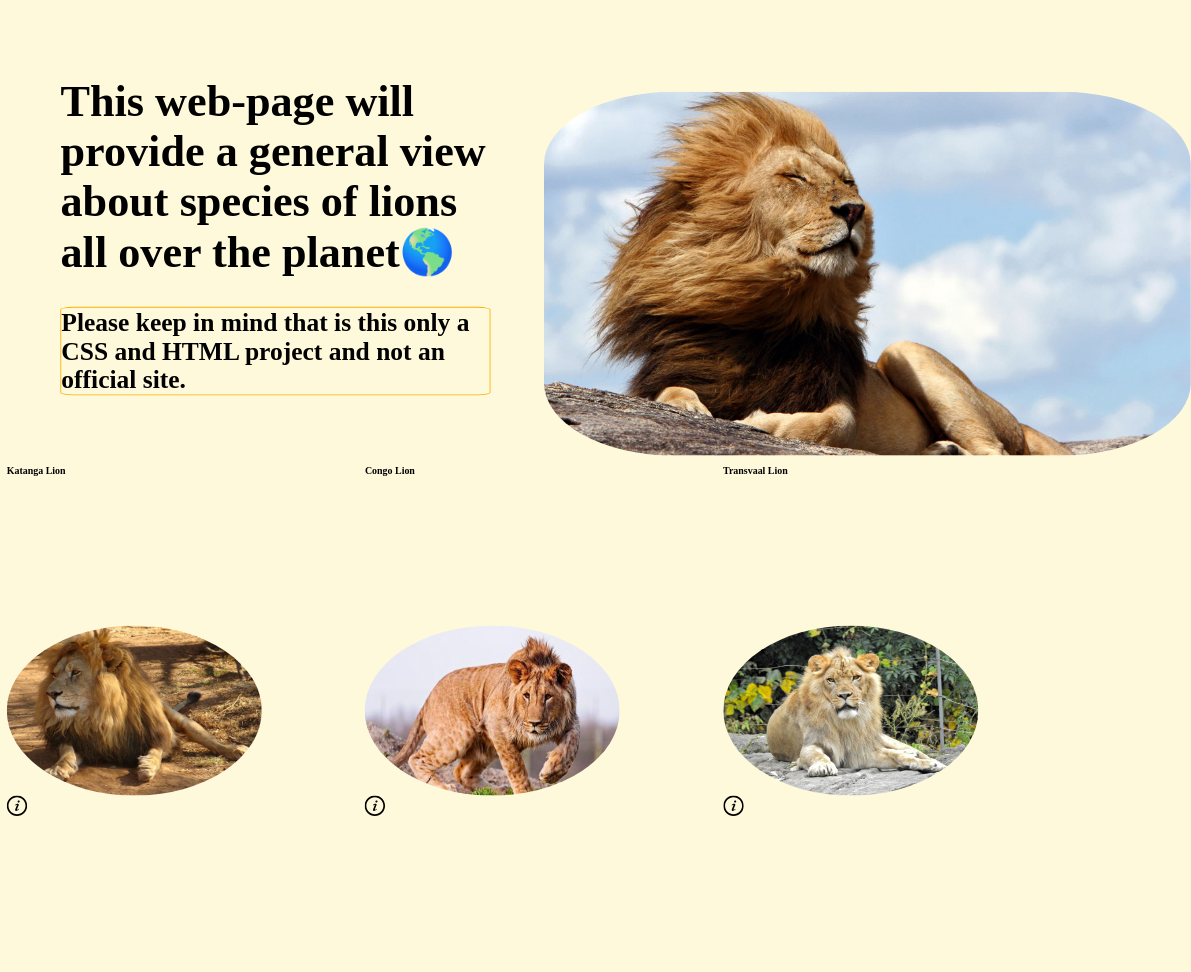
Repository: GeorgeManias/lions_project
Page: index.html
These files come from the project's save history. The page is drawn as it stood at one moment and after the next save; the edit follows.
The browser window is 1280 px wide. The page is 1401 px wide, so the pictures cover 1401 px, including what lies to the right of the window. The pictures show the whole page, at 85% of full size.

Above is the page before, as saved 2021-11-03 20:13:14.

### index.html
<!DOCTYPE html>
<html lang="en">
  <head>
    <link rel="stylesheet" href="index.css" />
    <link
      href="https://fonts.googleapis.com/css2?family=Roboto:ital@1&display=swap"
      rel="stylesheet"
    />
    <title>King of the Jungle</title>
  </head>
  <div class="container">
    <!--This will be the container fro the main_page-->

    <body>
      <!--Class above will support the grid between header and main photo-->
      <div class="headers_and_mainphoto">
        <header>
          <!--This area will be for the upper body part-->
          <h1 class="main_header">
            This web-page will provide a general view about species of lions all
            over the planet🌎
          </h1>
          <h2 class="project_header">
            Please keep in mind that is this only a CSS and HTML project and not
            an official site.
          </h2>
        </header>
        <img
          src="pictures/main_lion.jpg"
          alt="main_lion_photo"
          class="main_photo"
        />
      </div>
      <div class="grid_with_6_pictures">
        <!--Katanga_Lion_Start-->
        <h3 id="katanga_title_cord" class="titles_6">Katanga Lion</h3>
        <img
          src="pictures/katanga_lion.jpg"
          alt="katanga_lion"
          id="katanga_img_cord"
          class="img_6"
        />
        <svg
          id="katanga_info_cord"
          class="info_svg"
          xmlns="http://www.w3.org/2000/svg"
          width="24"
          height="24"
          viewBox="0 0 24 24"
        >
          <path
            d="M12 2c5.514 0 10 4.486 10 10s-4.486 10-10 10-10-4.486-10-10 4.486-10 10-10zm0-2c-6.627 0-12 5.373-12 12s5.373 12 12 12 12-5.373 12-12-5.373-12-12-12zm-2.033 16.01c.564-1.789 1.632-3.932 1.821-4.474.273-.787-.211-1.136-1.74.209l-.34-.64c1.744-1.897 5.335-2.326 4.113.613-.763 1.835-1.309 3.074-1.621 4.03-.455 1.393.694.828 1.819-.211.153.25.203.331.356.619-2.498 2.378-5.271 2.588-4.408-.146zm4.742-8.169c-.532.453-1.32.443-1.761-.022-.441-.465-.367-1.208.164-1.661.532-.453 1.32-.442 1.761.022.439.466.367 1.209-.164 1.661z"
          />
        </svg>
        <!--Katanga_Lion_End-->

        <!--Congo_Lion_Start-->
        <h3 id="congo_title_cord" class="titles_6">Congo Lion</h3>
        <img
          src="pictures/congo_lion.jpg"
          alt="congo_lion"
          id="congo_img_cord"
          class="img_6"
        />
        <svg
          id="congo_info_cord"
          class="info_svg"
          xmlns="http://www.w3.org/2000/svg"
          width="24"
          height="24"
          viewBox="0 0 24 24"
        >
          <path
            d="M12 2c5.514 0 10 4.486 10 10s-4.486 10-10 10-10-4.486-10-10 4.486-10 10-10zm0-2c-6.627 0-12 5.373-12 12s5.373 12 12 12 12-5.373 12-12-5.373-12-12-12zm-2.033 16.01c.564-1.789 1.632-3.932 1.821-4.474.273-.787-.211-1.136-1.74.209l-.34-.64c1.744-1.897 5.335-2.326 4.113.613-.763 1.835-1.309 3.074-1.621 4.03-.455 1.393.694.828 1.819-.211.153.25.203.331.356.619-2.498 2.378-5.271 2.588-4.408-.146zm4.742-8.169c-.532.453-1.32.443-1.761-.022-.441-.465-.367-1.208.164-1.661.532-.453 1.32-.442 1.761.022.439.466.367 1.209-.164 1.661z"
          />
        </svg>
        <!--Congo_Lion_End-->

        <!--Transvaal_Lion_Start-->
        <h3 id="Transvaal_title_cord" class="titles_6">Transvaal Lion</h3>
        <img
          src="pictures/Transvaal_lion.jpg"
          alt="Transvaal_lion"
          id="Transvaal_img_cord"
          class="img_6"
        />
        <svg
          id="Transvaal_info_cord"
          class="info_svg"
          xmlns="http://www.w3.org/2000/svg"
          width="24"
          height="24"
          viewBox="0 0 24 24"
        >
          <path
            d="M12 2c5.514 0 10 4.486 10 10s-4.486 10-10 10-10-4.486-10-10 4.486-10 10-10zm0-2c-6.627 0-12 5.373-12 12s5.373 12 12 12 12-5.373 12-12-5.373-12-12-12zm-2.033 16.01c.564-1.789 1.632-3.932 1.821-4.474.273-.787-.211-1.136-1.74.209l-.34-.64c1.744-1.897 5.335-2.326 4.113.613-.763 1.835-1.309 3.074-1.621 4.03-.455 1.393.694.828 1.819-.211.153.25.203.331.356.619-2.498 2.378-5.271 2.588-4.408-.146zm4.742-8.169c-.532.453-1.32.443-1.761-.022-.441-.465-.367-1.208.164-1.661.532-.453 1.32-.442 1.761.022.439.466.367 1.209-.164 1.661z"
          />
        </svg>
        <!--Transvaal_Lion_End-->
      </div>
    </body>
  </div>
</html>

<!--1
  Katanga lion
  Congo Lion
  Transvaal lion
  East African lion
  Asiatic lion
  West African lion

-->

### index.css
/*

--- 01 TYPOGRAPHY SYSTEM

- Font sizes (px)
10 / 12 / 14 / 16 / 18 / 20 / 24 / 30 / 36 / 44 / 52 / 62 / 74 / 86 / 98

- Font weights
Default: 400
Medium: 500
Semi-bold: 600
Bold: 700

- Line heights
Default: 1
Small: 1.05
Medium: 1.2
Paragraph default: 1.6

- Letter spacing
-0.5px
0.75px

--- 02 COLORS

- Primary: ##fab005
- Tints:
#fff9db

- Shades:


- Accents:
- Greys

#888
#767676 (lightest grey allowed on #fff)
#6f6f6f (lightest grey allowed on #fdf2e9)
#555
#333

--- 05 SHADOWS

0 2.4rem 4.8rem rgba(0, 0, 0, 0.075);

--- 06 BORDER-RADIUS

Default: 9px
Medium: 11px

--- 07 WHITESPACE

- Spacing system (px)
2 / 4 / 8 / 12 / 16 / 24 / 32 / 48 / 64 / 80 / 96 / 128
*/

html {
  /*εδώ βάζω το 10 με σκοπο το αλλο να έχει ευκολο πολαπλασσιο του rem*/
  font-size: 10px;
  margin-left: 0%;
  margin-right: 0%;
}

body {
  background-color: #fff9db;
}

header {
  margin-left: 10%;
  margin-right: 10%;
}

.main_header {
  font-size: 5.2rem;
}

.project_header {
  font-size: 3rem;
  border: 0.1rem solid #fab005;
  border-radius: 3%;
}

.headers_and_mainphoto {
  /*Αυτο το πεδίο αναφέρεται στο grid*/
  display: grid;
  grid-template-columns: 50% 50%;
  align-items: center;
}

.grid_with_6_pictures {
  display: grid;
  grid-template-columns: 1fr 1fr 1fr;
  grid-template-rows: 1fr 1fr 1fr;
}

.main_photo {
  width: 761px;
  margin-top: 100px;
  border-radius: 20%;
}

.img_6 {
  width: 300px;
  height: 200px;
  border-radius: 50%;
}

/*//////////////////////////////////////////////////////////////////////////////////////////////////////////////////////////////////////////////////////////////////*/
/*Katanga Lion Cord Start*/
#katanga_title_cord {
  grid-column: 1/2;
  grid-row: 1/2;
}
#katanga_img_cord {
  grid-column: 1/2;
  grid-row: 2/3;
}

#katanga_info_cord {
  grid-column: 1/2;
  grid-row: 3/4;
}
/*Katanga Lion Cord End*/

/*Congo Lion Cord Start*/
#congo_title_cord {
  grid-column: 2/3;
  grid-row: 1/2;
}
#congo_img_cord {
  grid-column: 2/3;
  grid-row: 2/3;
}

#congo_info_cord {
  grid-column: 2/3;
  grid-row: 3/4;
}
/*Congo Lion Cord End*/

After the next save:
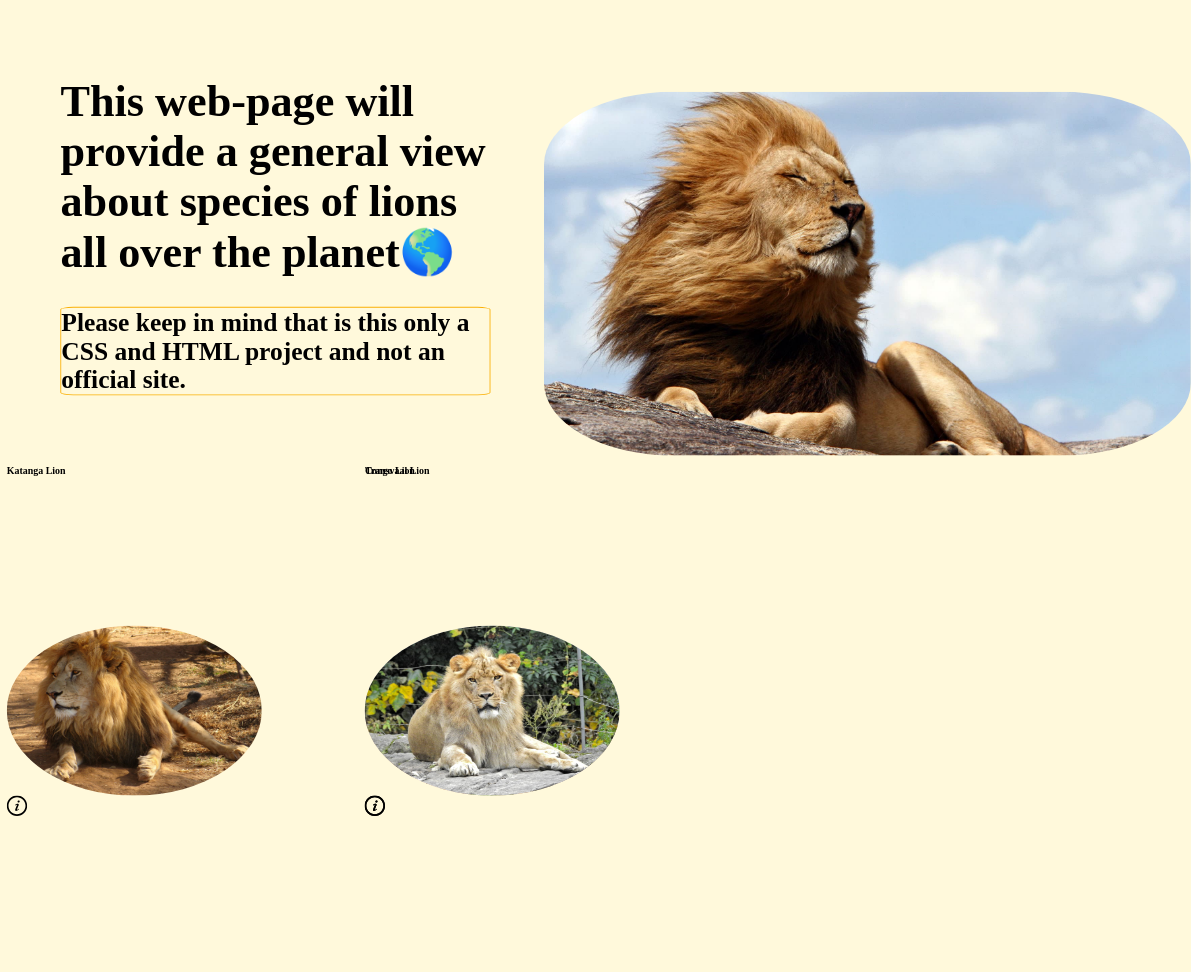
Saved 62 s later.
--- a/index.css
+++ b/index.css
@@ -137,3 +137,19 @@ header {
   grid-row: 3/4;
 }
 /*Congo Lion Cord End*/
+
+/*Transvaal Lion Cord Start*/
+#Transvaal_title_cord {
+  grid-column: 2/3;
+  grid-row: 1/2;
+}
+#Transvaal_img_cord {
+  grid-column: 2/3;
+  grid-row: 2/3;
+}
+
+#Transvaal_info_cord {
+  grid-column: 2/3;
+  grid-row: 3/4;
+}
+/*Transvaal Lion Cord End*/

After the save that followed:
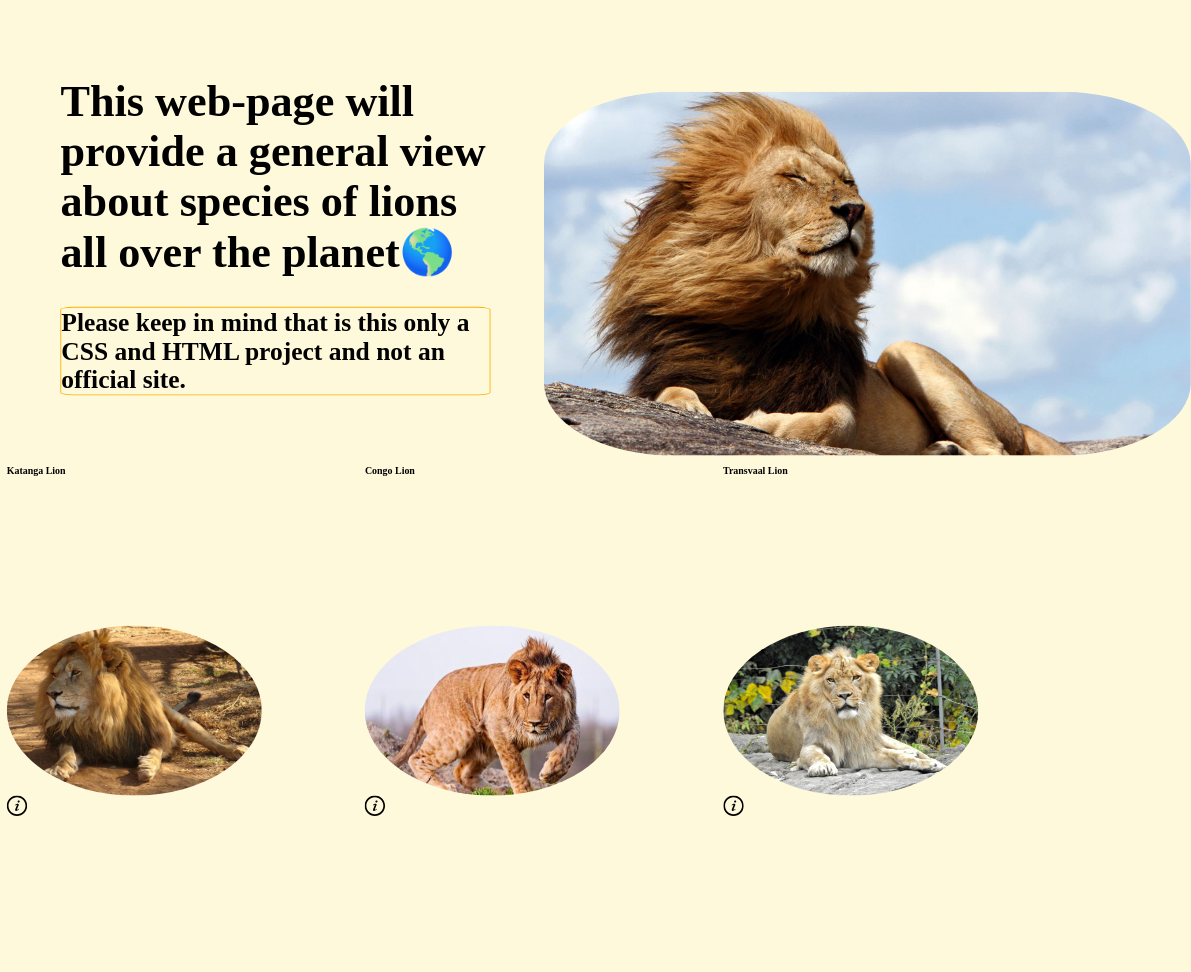
Saved 32 s later.
--- a/index.css
+++ b/index.css
@@ -140,16 +140,16 @@ header {
 
 /*Transvaal Lion Cord Start*/
 #Transvaal_title_cord {
-  grid-column: 2/3;
+  grid-column: 3/4;
   grid-row: 1/2;
 }
 #Transvaal_img_cord {
-  grid-column: 2/3;
+  grid-column: 3/4;
   grid-row: 2/3;
 }
 
 #Transvaal_info_cord {
-  grid-column: 2/3;
+  grid-column: 3/4;
   grid-row: 3/4;
 }
 /*Transvaal Lion Cord End*/
